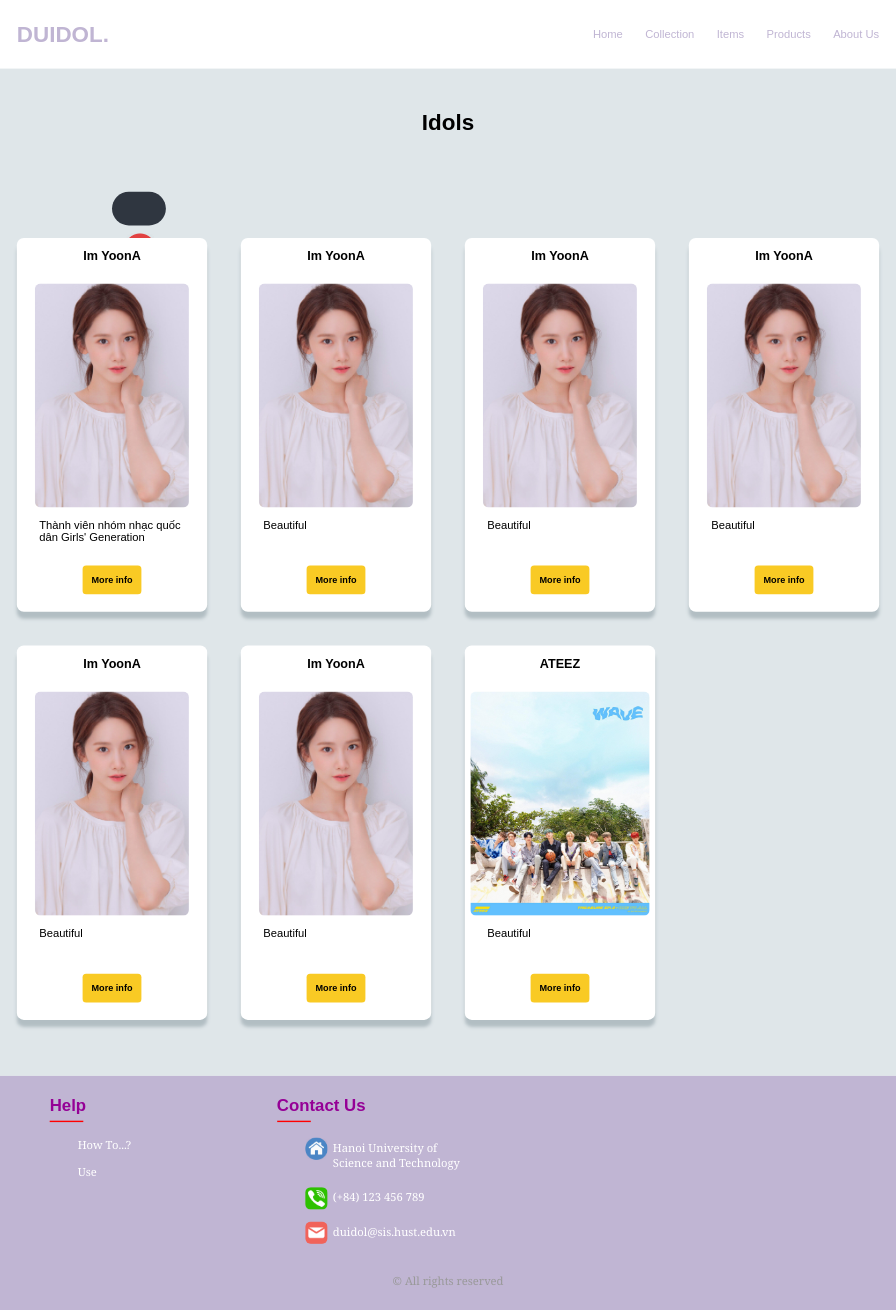
Repository: hangvtt183524/Cong_nghe_Web_va_dich_vu_truc_tuyen_20202
Page: ProjectWeb/src/View/html/idol_list.html
An editor plug-in stored every save of this project. The page is shown before and after the next save, followed by the edit.
The browser window is 1280 px wide. The pictures show the whole page, at 70% of full size.

Above is the page before, as saved 2021-05-06 17:58:53.

### ProjectWeb/src/View/html/idol_list.html
<html>
	<head>
		<title>Idol List</title>
		<link rel="stylesheet" href="../css/idol_list.css">
	</head>
	<body>
		<header>
			<a href="" class="logo">DUIDOL.</a>
            <ul class="navigation">
                <li><a href="">Home</a></li>
                <li><a href="">Collection</a></li>
                <li><a href="">Items</a></li>
                <li><a href="">Products</a></li>
                <li><a href="">About Us</a></li>
            </ul>
		</header>
		<section class="idol-list">
			<div>
				<h1 class="align-center">Idols</h1>
			</div>
			<div class="container1">
				<div class="search-box">
					<input class="search-txt" type="text" name="" placeholder="Type to search">
					<a class="search-btn" href="#"><img src="../image/search-icon.png"></a>
				</div>
			</div>
			<br>
			<div class="idol-container">
				<div class="card">
					<div class="name">Im YoonA</div>
					<div class="image">
						<img src="../image/yoona.jpg">
					</div>
					<div class="textblock">
					<div class="text">Thành viên nhóm nhạc quốc dân Girls' Generation</div>
					</div>
					<div>
						<div class="btnblock">
						<a href="../html/info.html" class="info-button">More info</a>
						</div>
					</div>
				</div>



				<div class="card">
					<div class="name">Im YoonA</div>
					<div class="image">
						<img src="../image/yoona.jpg">
					</div>
					<div class="textblock">
					<div class="text">Beautiful</div>
					</div>

					<div>
						<div class="btnblock">
						<a href="../html/info.html" class="info-button">More info</a>
						</div>
					</div>
				</div>



				<div class="card">
					<div class="name">Im YoonA</div>
					<div class="image">
						<img src="../image/yoona.jpg">
					</div>
					<div class="textblock">
					<div class="text">Beautiful</div>
					</div>
					<div>
						<div class="btnblock">
						<a href="../html/info.html" class="info-button">More info</a>
						</div>
					</div>
				</div>

				<div class="card">
					<div class="name">Im YoonA</div>
					<div class="image">
						<img src="../image/yoona.jpg">
					</div>
					<div class="textblock">
					<div class="text">Beautiful</div>
					</div>
					<div>
						<div class="btnblock">
						<a href="../html/info.html" class="info-button">More info</a>
						</div>
					</div>
				</div>

				<div class="card">
					<div class="name">Im YoonA</div>
					<div class="image">
						<img src="../image/yoona.jpg">
					</div>
					<div class="textblock">
					<div class="text">Beautiful</div>
					</div>
					<div>
						<div class="btnblock">
						<a href="../html/info.html" class="info-button">More info</a>
						</div>
					</div>
				</div>

				<div class="card">
					<div class="name">Im YoonA</div>
					<div class="image">
						<img src="../image/yoona.jpg">
					</div>
					<div class="textblock">
					<div class="text">Beautiful</div>
					</div>
					<div>
						<div class="btnblock">
						<a href="../html/info.html" class="info-button">More info</a>
						</div>
					</div>
				</div>

				<div class="card">
					<div class="name">ATEEZ</div>
					<div class="image">
						<img src="../image/ateez-list.jpg">
					</div>
					<div class="textblock">
					<div class="text">Beautiful</div>
					</div>
					<div>
						<div class="btnblock">
						<a href="../html/info.html" class="info-button">More info</a>
						</div>
					</div>
				</div>

			</div>
		</section>
		<footer>
			<div class="container">
				<div class="row">
					<div class="footer-col">
						<h4>Help</h4>
						<ul>
							<li><a href="">How to...?</a>
							<li><a href="">Use</a>
						</ul>
					</div>
					<div class="footer-col">
						<h4>Contact us</h4>
						<ul>
							<li><img src="../image/address_icon.jpg">
							<p>Hanoi University of <br>Science and Technology</p>
							<li><img src="../image/phone_icon.png">
							<p>(+84) 123 456 789</p>
							<li><img src="../image/mail_icon.png">
							<p>duidol@sis.hust.edu.vn</p>
						</ul>
					</div>
				</div>
				<div class="copyrightText"><p>© All rights reserved</p></div>
			</div>
		</footer>
	</body>
</html>

### ProjectWeb/src/View/css/idol_list.css
body {
    font-family: sans-serif;
    margin: 0;
}
header {
    background-color: white;
    padding: 1.5em;
    display: flex;
    justify-content: space-between;
    align-items: center;
}
.logo {
    font-weight: bold;
    text-decoration: none;
    font-size: 2em;
    color: #c0b5d3;
}
.navigation {
    display: flex;
    position: relative;
}
.navigation li {
    list-style: none;
    margin-left: 2em;
}
.navigation li a {
    text-decoration: none;
    font-size: 1em;
    color: #c0b5d3;
}

.idol-list {
	background-color:#dfe6e9;
	padding-bottom: 5em;
    align-items: center;
    padding-top: 2em;
}

h1 {
	font-size: 2em;
	font-weight: bold;
}
.container1 {
	margin-top: 5em;
}
.container1 .search-box {

	margin-left: 10em;
	width: 2.8em;
	height: 1em;
	background: #2f3640;
	border-radius: 3em;
	padding: 1em;
}
.search-box:hover > .search-txt {
	width: 240px;
	padding: 0 1em;
}
.container1 .search-txt {
	border: none;
	background: none;
	outline: none;
	float: left;
	color: #999;
	transition: 0.4s;
	line-height: 40px;
	font-size: 16px;
	width: 0;
}
.container1 img {
	width: 3em;
	border-radius: 1em;
}
.idol-list .card {
	background-color: white;
	width: 16em;

	margin: auto;
	border-radius: 10px;
	padding: 1em;
	box-shadow: 0px 10px 5px #b2bec3;
	text-align: center;
	font-family: sans-serif;
	max-width: 75%;
	padding-bottom: 30px;
}
.idol-list .card:hover {
	box-shadow: 15px 15px 15px #b2bec3;
	background: #FFEAFF;
}
.card .name {
	font-size: 18px;
	font-weight: bold;
	padding-bottom: 0.7em;
}

.card .image {
	margin-top: 1em;
	width: 100%;
    height: 20em;
    position: relative;
}
.card .image img {
	max-height: 100%;
	border-radius: 0.5em;
	object-fit: cover;
	position: absolute;
	top: 50%;
    transform: translate(-50%, -50%);
}

.card .textblock {
	height: 4em;
	margin-left: 1em;
	margin-right: 1em;
	margin-top: 1em;
	margin-bottom: 0.5em;
}

.card .textblock .text {
	text-align: left;
	font-size: 1rem;
}

.card .btnblock {
	margin-top: 1em;
	margin-bottom: 0.5em;
}

.info-button {
	background-color: #f9ca24;
	color: black;
	border: none;
	padding: 1em;
	border-radius: 5px;
	font-weight: bold;
	font-size: 13px;
	text-decoration: none;
}

.info-button:hover {
	box-shadow: 0px 5px 5px #b2bec3;
	color: #eb4db4;
}

.idol-container {
	display: grid;
	grid-template-columns: repeat(4, 1fr);
	grid-row-gap: 3em;
}

.align-center {
	text-align: center;
}

footer {
	background-color: #c0b5d3;
	padding: 1em 0;
}

footer .container {
	max-width: 1170px;
	margin: auto;
}

.footer-col {
	width: 25%;
	padding: 0 1em;
}
.footer-col h4 {
	font-size: 1.5em;
	color: #950096;
	text-transform: capitalize;
	position: relative;
	margin-top: 0.5em;
}

.footer-col h4::before {
	content: '';
	position: absolute;
	left: 0;
	bottom: -10px;
	height: 2px;
	background-color: red;
	box-sizing: border-box;
	width: 2em;
}

.footer-col li {
	display: flex;
	margin-bottom: 0.5em;
}
.footer-col ul li a {
	color: white;
	text-transform: capitalize;
	text-decoration: none;
	font-family: Cambria;
	font-size: 1em;
	margin-bottom: 0.5em;
	display: block;
}


.footer-col ul li a:hover {
	color: #700470;
	padding-left: 1em;

}

.footer-col p {
	margin-top: 0.2em;
	font-size: 1em;
	font-family: Cambria;
	color: white;
}
.footer-col img {
	border-radius: 0.5em;
	max-height: 2em;
	margin-right: 0.5em;
}

ul {
	list-style: none;
}

footer .container .h3 {
	color: white;
}

.container .row {
	display: flex;
	flex-wrap: wrap;
}

.copyrightText {
	width: 100%;
	color: #999;
	text-align: center;
	font-family: Cambria;
}

@media only screen and (max-width: 991px){
	.idol-container {
		grid-template-columns: 1fr;
	}
	.card {
        width: 25em;
    }
    .album .image {
        height: 25em;
    }
    .footer-col {
    	width: 50%;
    	margin-bottom: 5em;
    }

}

After the next save:
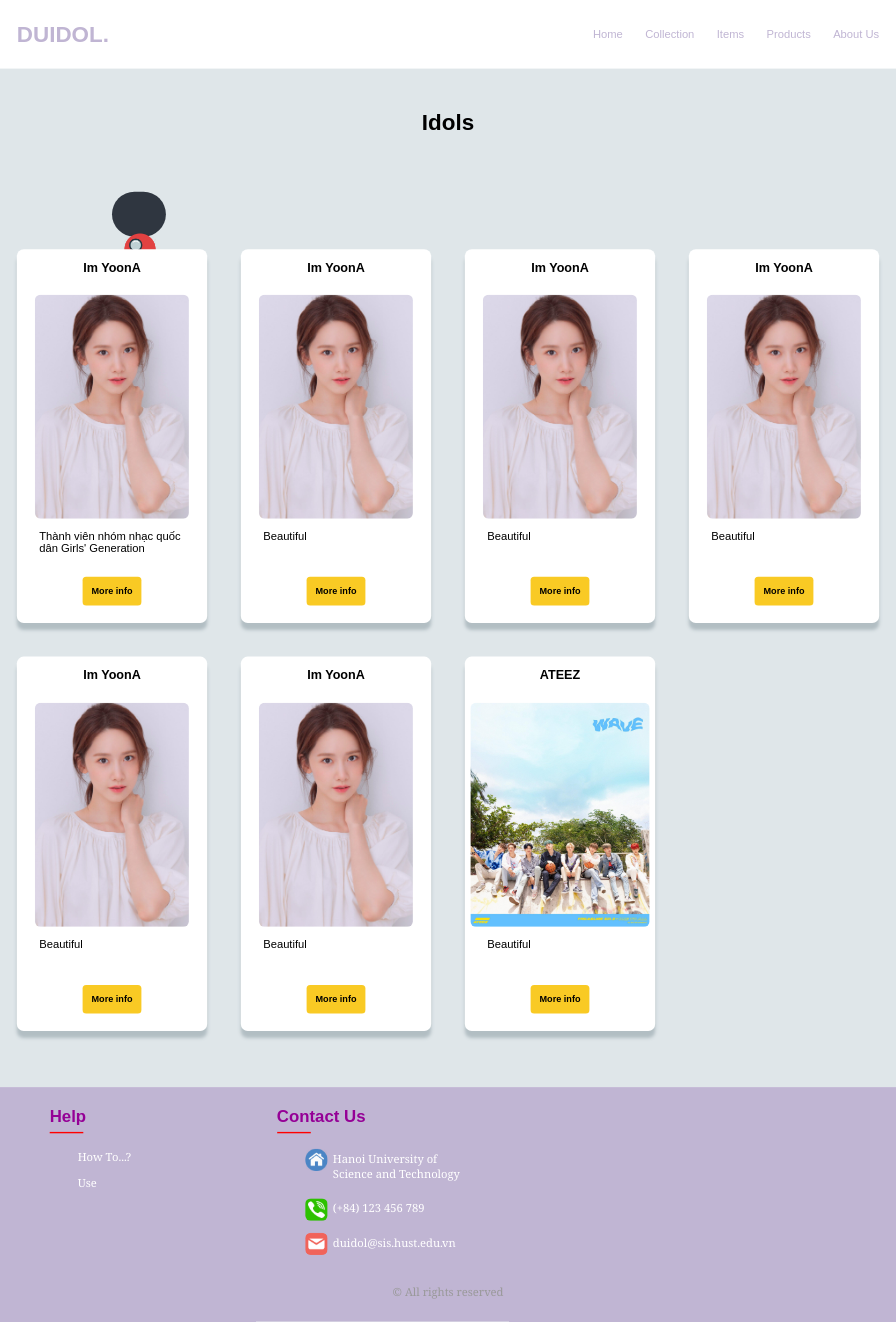
Saved 27 s later.
--- a/ProjectWeb/src/View/css/idol_list.css
+++ b/ProjectWeb/src/View/css/idol_list.css
@@ -47,7 +47,7 @@
 
 	margin-left: 10em;
 	width: 2.8em;
-	height: 1em;
+	height: 2em;
 	background: #2f3640;
 	border-radius: 3em;
 	padding: 1em;
